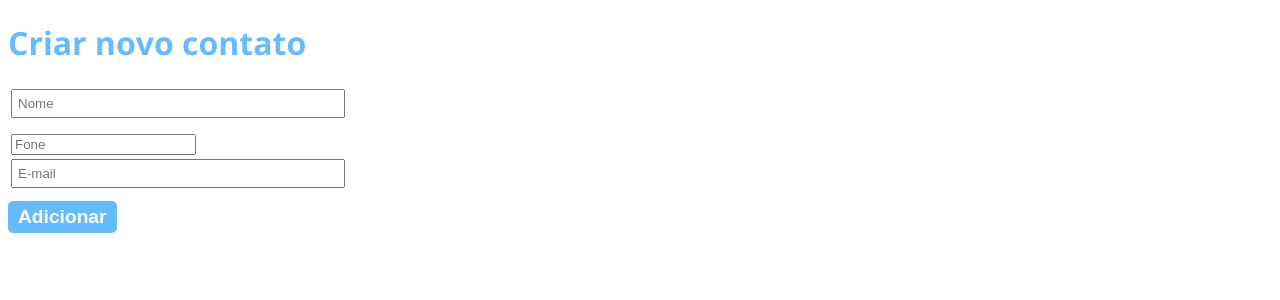
Repository: evanalves/Agenda-JDBC
Page: agenda/src/main/webapp/novo.html
An editor plug-in stored every save of this project. The page is shown before and after the next save, followed by the edit.
The browser window is 1280 px wide. The pictures show the whole page.

Above is the page before, as saved 2023-08-20 13:24:26.

After the next save:
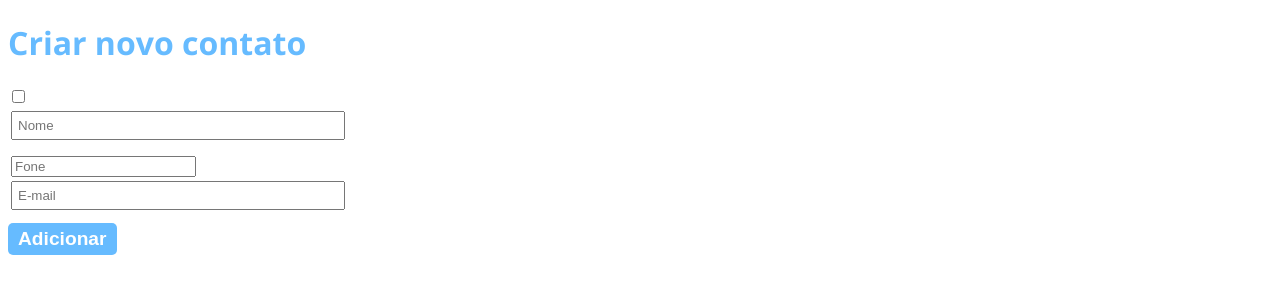
Saved 8 min 7 s later.
--- a/agenda/src/main/webapp/novo.html
+++ b/agenda/src/main/webapp/novo.html
@@ -23,8 +23,9 @@
 				<td><input type="text" name="email" placeholder="E-mail"
 					class="caixa1"></td>
 			</tr>
+			</tr><input type="checkbox" name="teste" > </tr>
 		</table>
-		<input type="button" value="Adicionar" class="botao1"/>
+		<input type="button" value="Adicionar" class="botao1">
 
 	</form>
 
